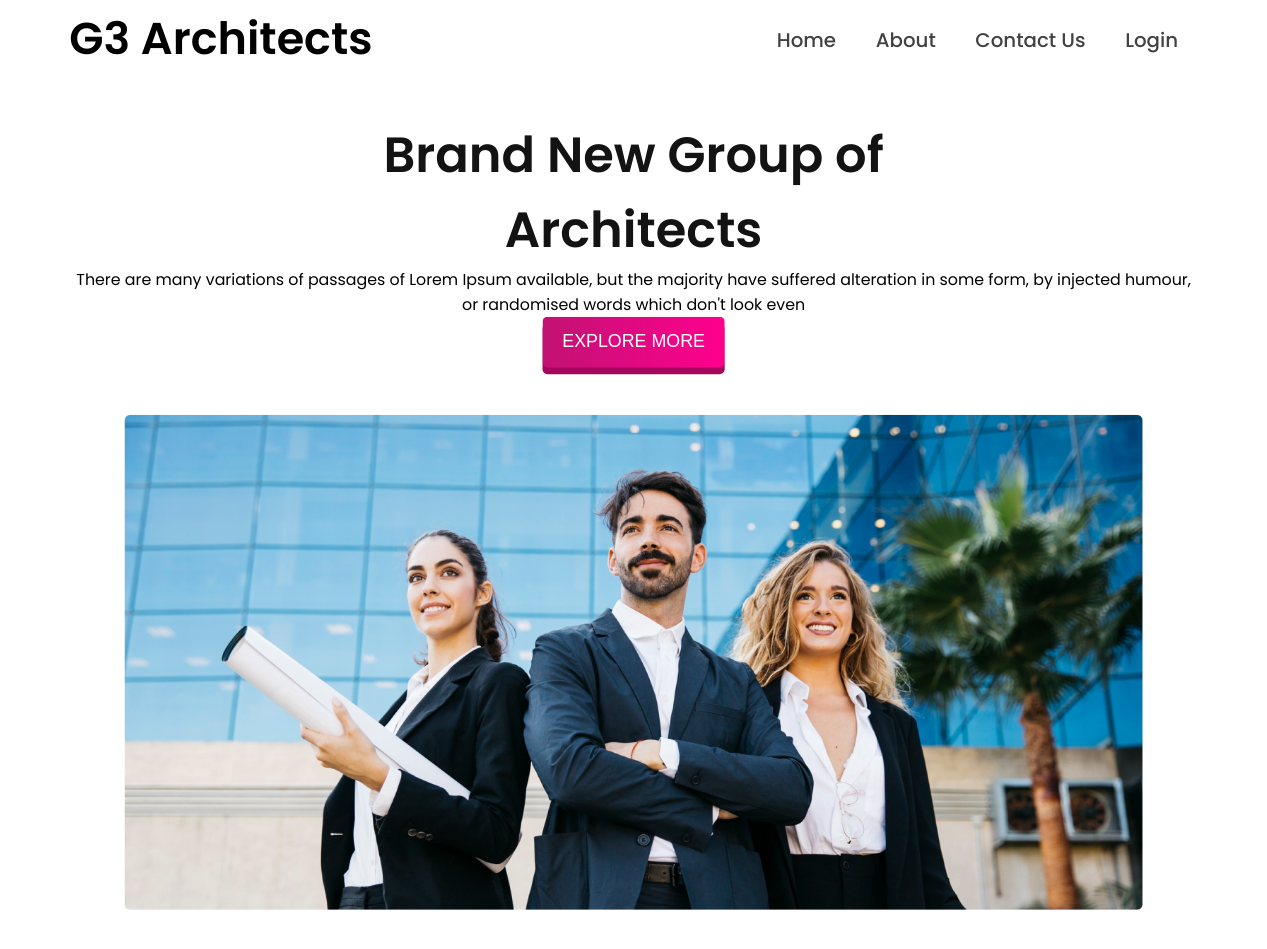
Repository: mdrubel02/G3_Architects
Page: index.html
These files come from the project's save history. The page is drawn as it stood at one moment and after the next save; the edit follows.
The browser window is 1280 px wide. The pictures show the whole page, at 99% of full size.

Above is the page before, as saved 2023-01-14 23:22:01.

After the next save:
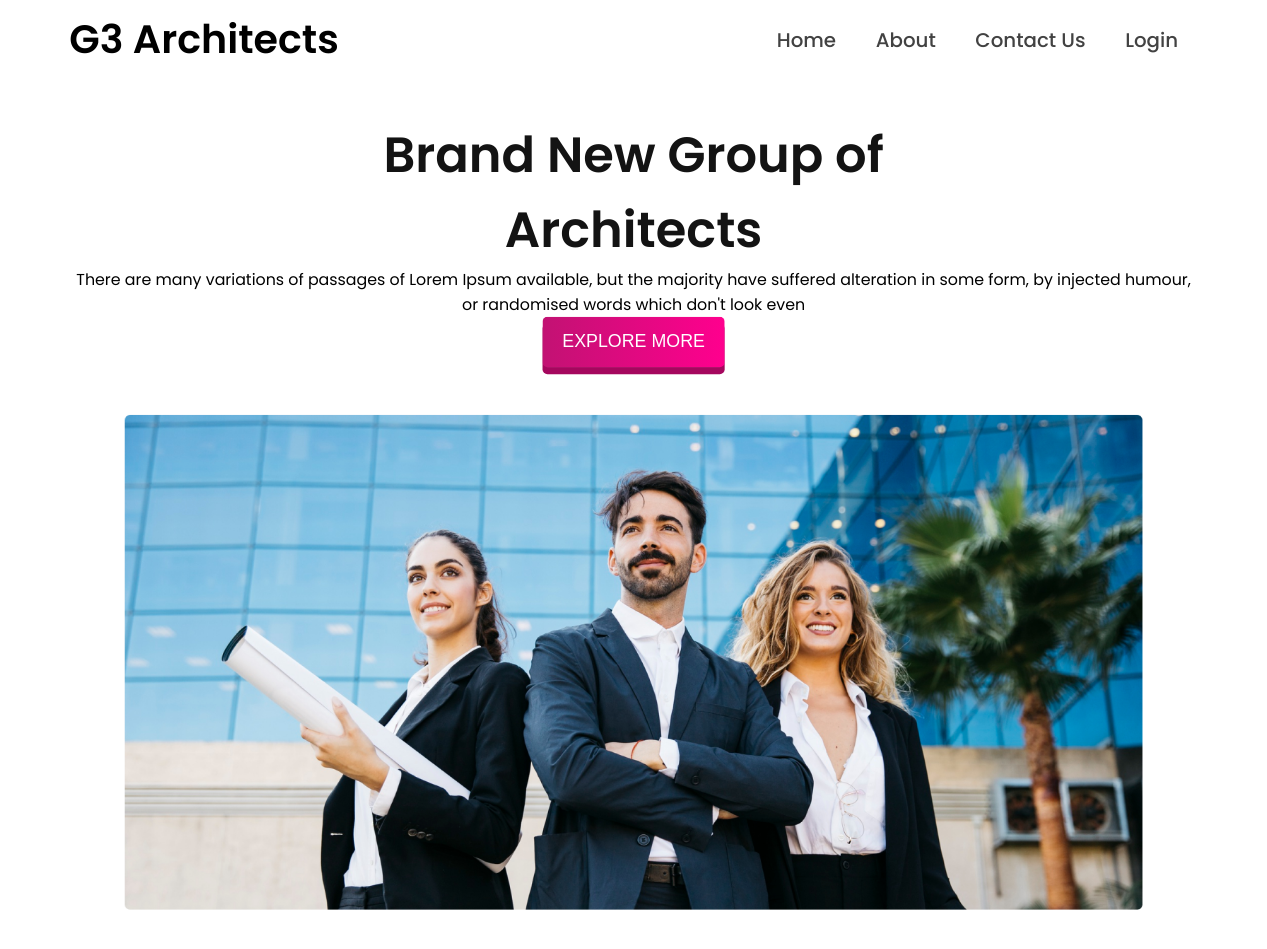
Saved 39 s later.
--- a/style.css
+++ b/style.css
@@ -88,7 +88,7 @@
     padding: 15px 10px;
 }
 .logo h2{
-    font-size: 45px;
+    font-size: 40px;
     font-weight: 700;
     /* text-align: center; */
 }
